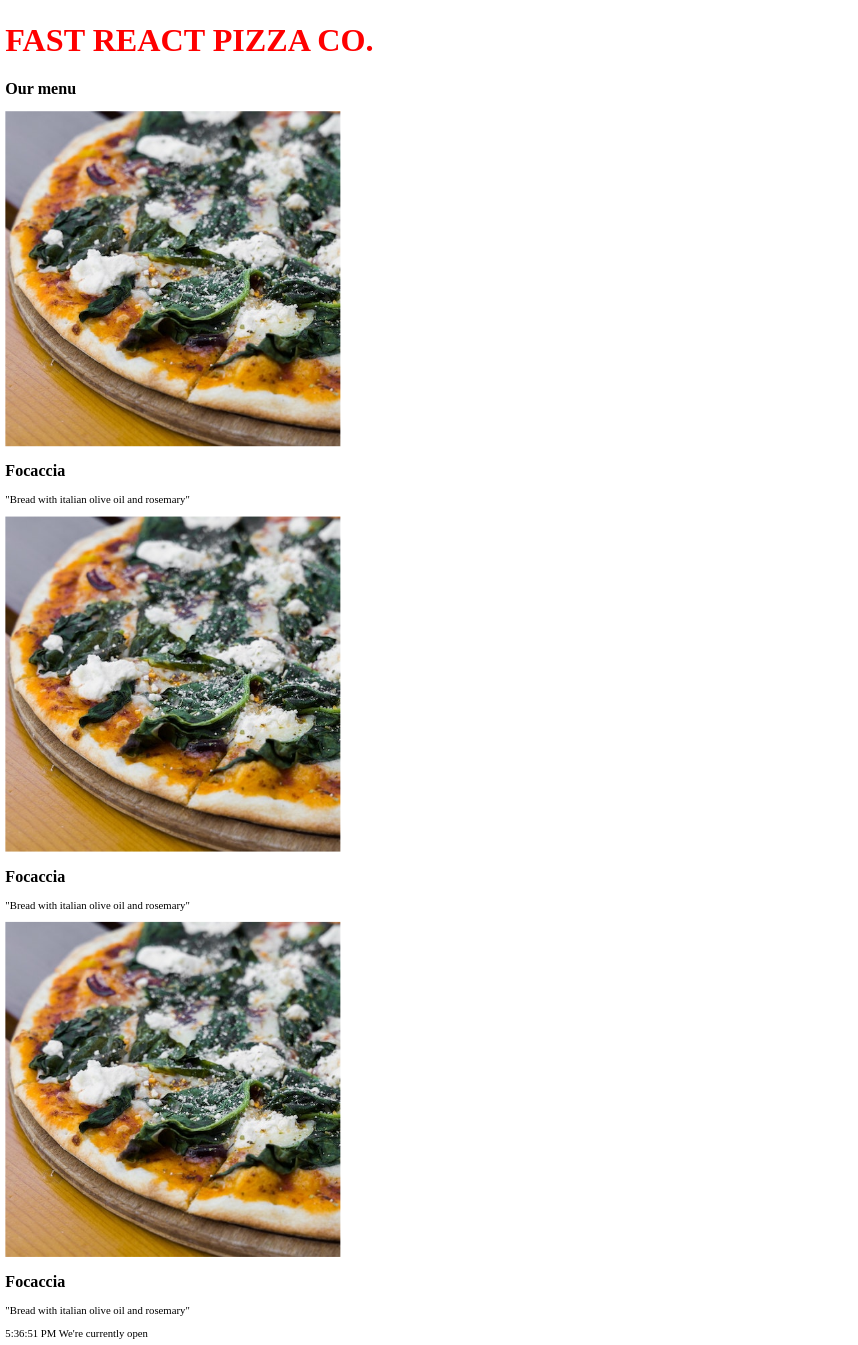
Repository: ahmedharidy/First-React-App
Page: /
An editor plug-in stored every save of this project. The page is shown before and after the next save, followed by the edit.
The browser window is 1280 px wide. The pictures show the whole page, at 67% of full size.
The project was rebuilt for these pictures with package versions that can differ from the ones it lists, and the page was loaded fresh each time.

Above is the page before, as saved 2026-09-22 09:07:44.

### src/index.js
import React from "react";
import ReactDOM from "react-dom/client";

const pizzaData = [
  {
    name: "Focaccia",
    ingredients: "Bread with italian olive oil and rosemary",
    price: 6,
    photoName: "pizzas/focaccia.jpg",
    soldOut: false,
  },
  {
    name: "Pizza Margherita",
    ingredients: "Tomato and mozarella",
    price: 10,
    photoName: "pizzas/margherita.jpg",
    soldOut: false,
  },
  {
    name: "Pizza Spinaci",
    ingredients: "Tomato, mozarella, spinach, and ricotta cheese",
    price: 12,
    photoName: "pizzas/spinaci.jpg",
    soldOut: false,
  },
  {
    name: "Pizza Funghi",
    ingredients: "Tomato, mozarella, mushrooms, and onion",
    price: 12,
    photoName: "pizzas/funghi.jpg",
    soldOut: false,
  },
  {
    name: "Pizza Salamino",
    ingredients: "Tomato, mozarella, and pepperoni",
    price: 15,
    photoName: "pizzas/salamino.jpg",
    soldOut: true,
  },
  {
    name: "Pizza Prosciutto",
    ingredients: "Tomato, mozarella, ham, aragula, and burrata cheese",
    price: 18,
    photoName: "pizzas/prosciutto.jpg",
    soldOut: false,
  },
];
function App() {
  return (
    <div>
      <Header />
      <Menu />
      <Footer />
    </div>
  );
}

function Pizza() {
  return (
    <div>
      <img src="pizzas/spinaci.jpg" alt="alt"></img>
      <h2>Focaccia</h2>
      <p>"Bread with italian olive oil and rosemary"</p>
    </div>
  );
}

function Header() {
  const style = { color: "red", fontSize: "48px", textTransform: "uppercase" };

  return <h1 style={style}>Fast react pizza co.</h1>;
}
function Menu() {
  return (
    <div>
      <h2>Our menu</h2>
      <Pizza />
      <Pizza />
      <Pizza />
    </div>
  );
}
function Footer() {
  const hour = new Date().getHours();
  const openHour = 12;
  const closeHour = 22;
  const isOpen = hour >= openHour && hour <= closeHour;

  //   if (hour >= openHour && hour <= closeHour) alert("were currently open!");
  //   else alert("sorry were closed");

  return (
    <footer>{new Date().toLocaleTimeString()} We're currently open</footer>
  );
  //   return React.createElement("footer", null, "we're currently open");
}

const root = ReactDOM.createRoot(document.getElementById("root"));

root.render(<App />);

Loaded but not shown: public/index.html (common file); src/index.css (common file)

After the next save:
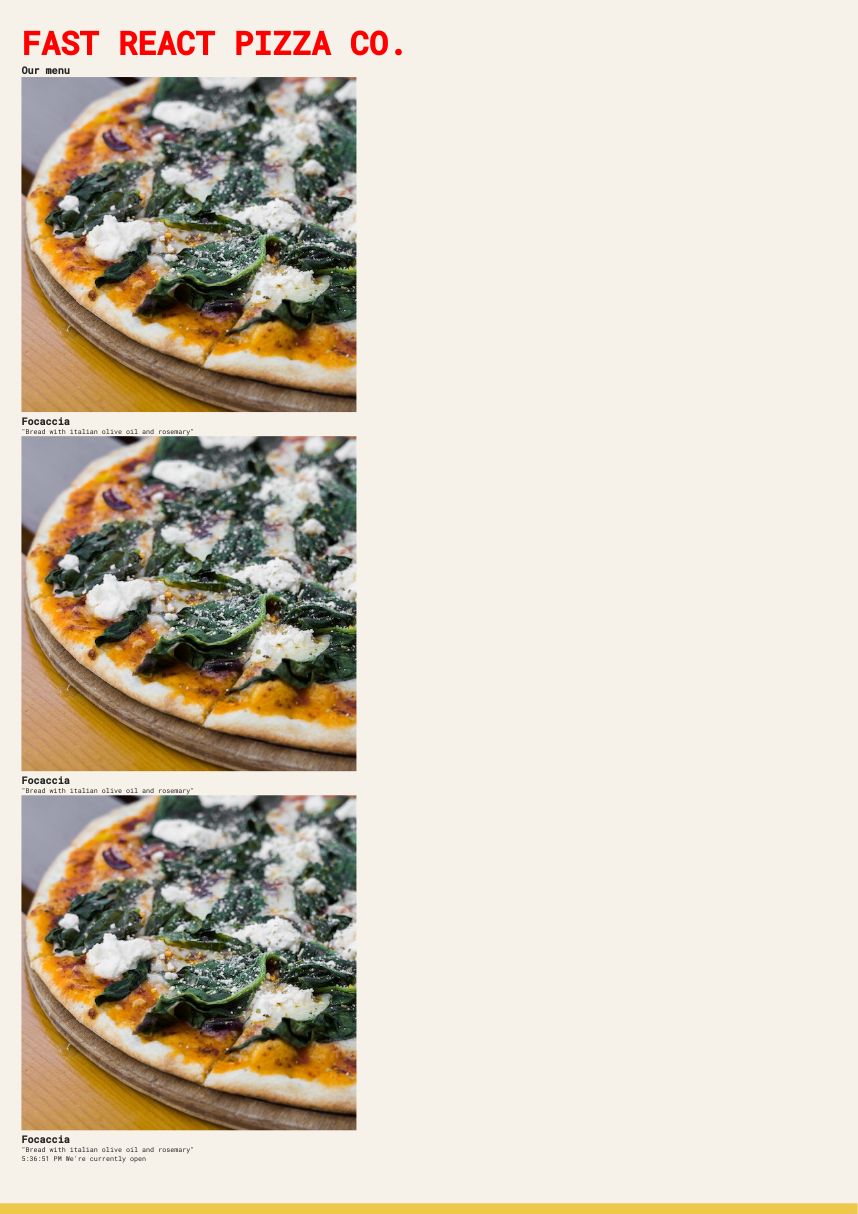
Saved 3 min 21 s later.
--- a/src/index.js
+++ b/src/index.js
@@ -1,6 +1,6 @@
 import React from "react";
 import ReactDOM from "react-dom/client";
-
+import "./index.css";
 const pizzaData = [
   {
     name: "Focaccia",
